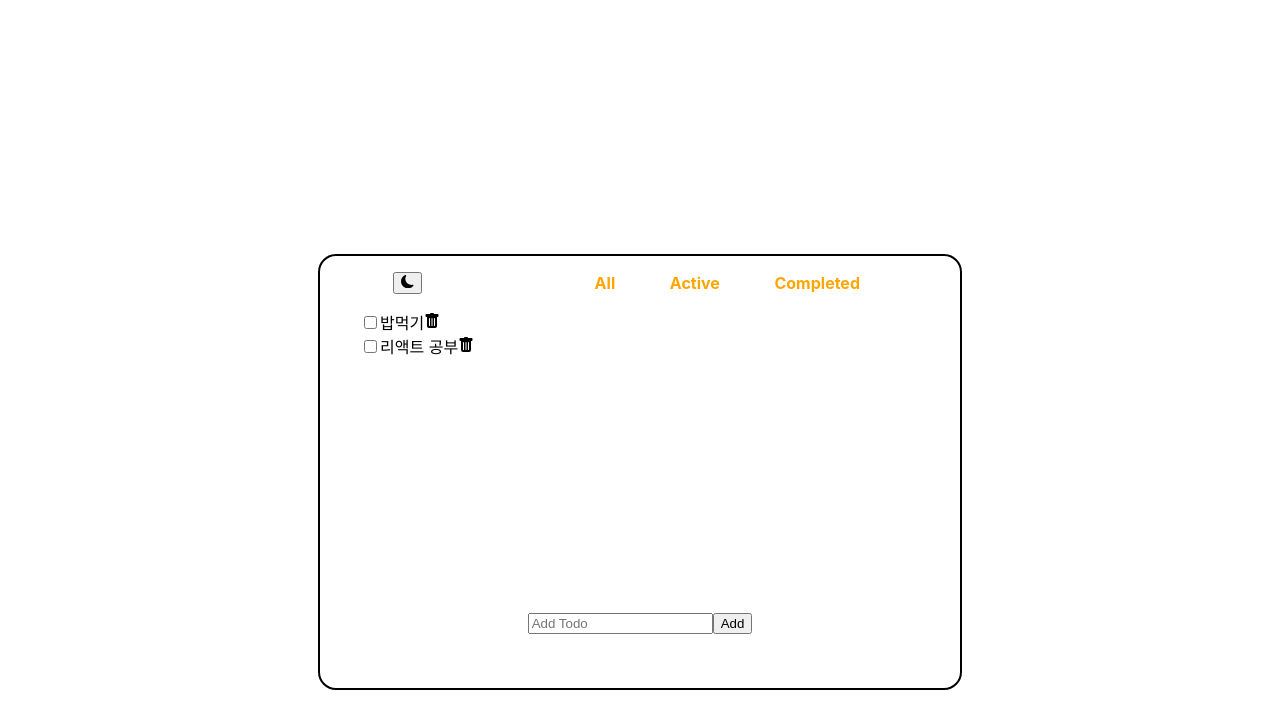
Repository: DongjaJ/React-Todo
Page: / (app in react-todo/)
The author's editor kept a copy of each file at every save. The page is drawn from the files as they stood at one save, then again after a run of saves.
The browser window is 1280 px wide. The pictures show the whole page.
The project was rebuilt for these pictures with package versions that can differ from the ones it lists, and the page was loaded fresh each time.

Above is the page before, as saved 2023-05-15 14:15:15.

After the next 2 saves:
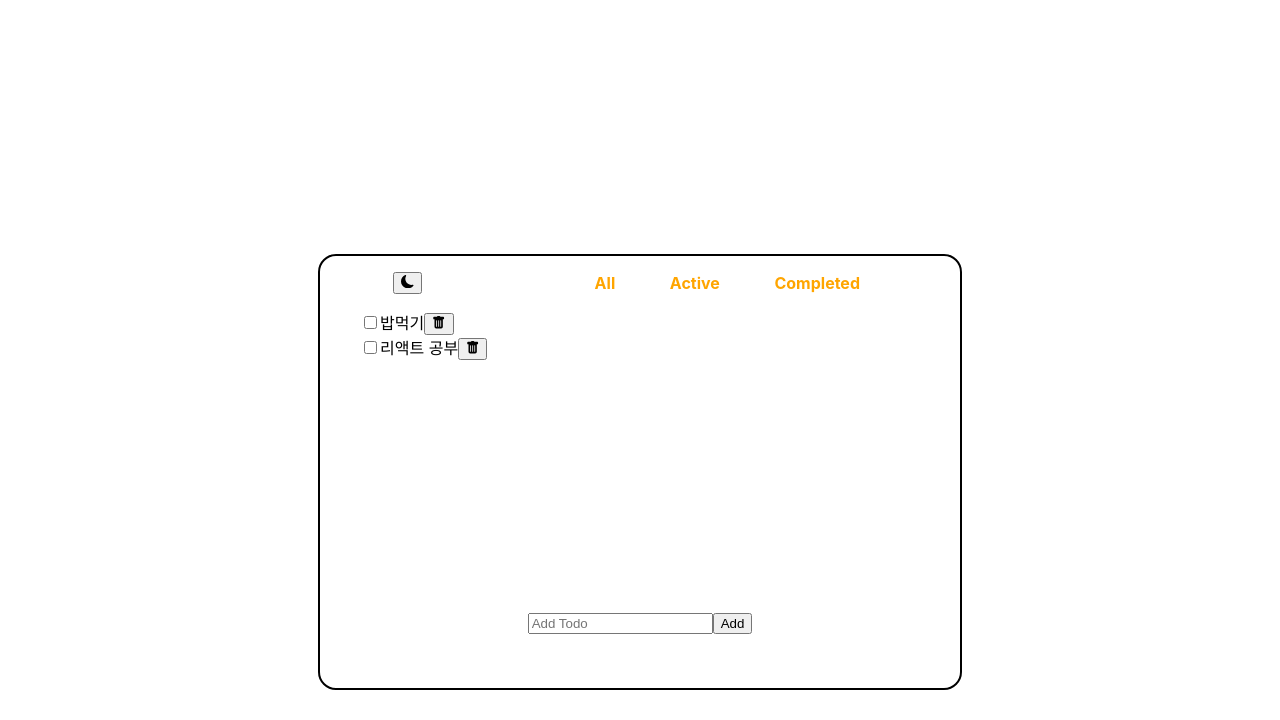
The 2 saves are shown as one change because 1 did not build or start.
The last was saved 5 min 6 s later.
--- a/react-todo/src/components/Todos.jsx
+++ b/react-todo/src/components/Todos.jsx
@@ -9,12 +9,16 @@ export default function Todos() {
 				<li>
 					<input type="checkbox" />
 					밥먹기
-					<BsFillTrashFill />
+					<button>
+						<BsFillTrashFill />
+					</button>
 				</li>
 				<li>
 					<input type="checkbox" />
 					리액트 공부
-					<BsFillTrashFill />
+					<button>
+						<BsFillTrashFill />
+					</button>
 				</li>
 			</ul>
 		</div>
